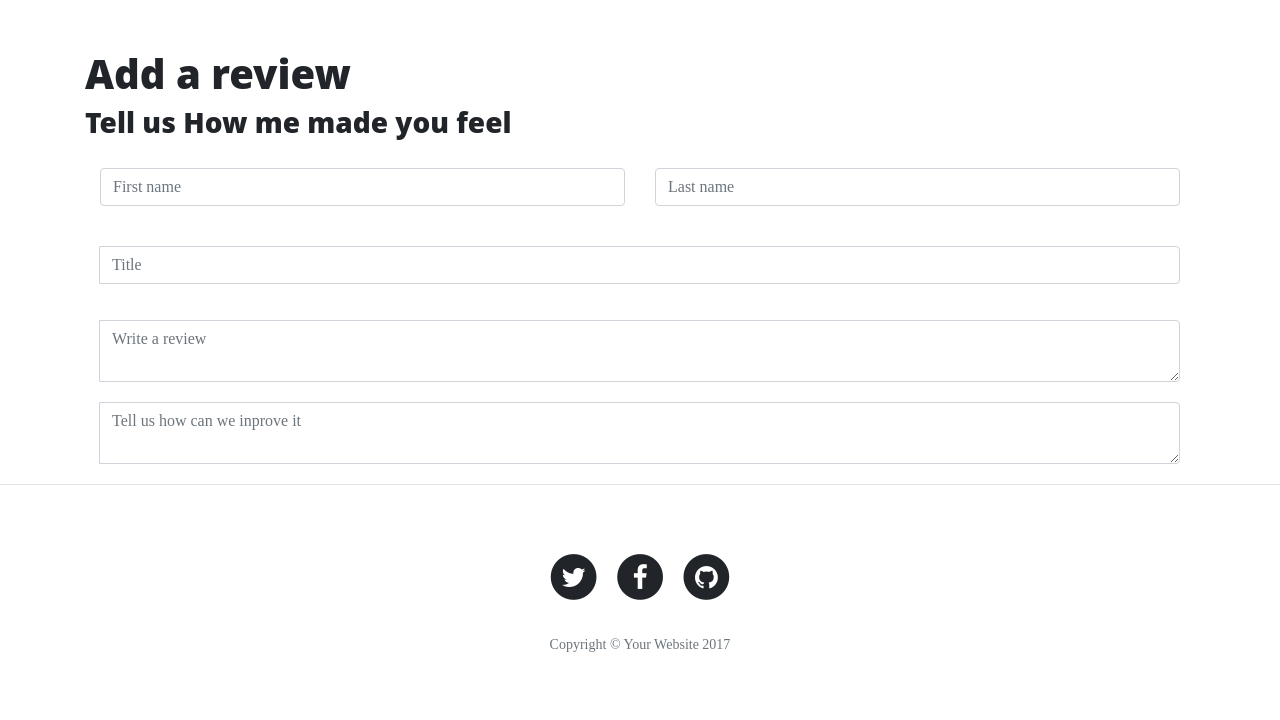
Repository: cachimiro/los-pochoclos
Page: http://localhost/add_review
The author's editor kept a record of every edit. The page is drawn from the files as they stood at one moment, then again after the next edit.
The browser window is 1280 px wide. The pictures show the part of the page from y = 532 to 1350 px (the page is 1252 px tall before and 1350 px after).
The page is served by the project's application, run on Flask 3 (run.py). Other server files are loaded and not shown.

Above is the page before.

### templates/add-reviews.html
<style>
  .form-control{
      padding: 20px;
      margin-bottom: 20px;
      margin-top: 20px;
  }

</style>

{% extends 'base.html' %} {% block content %}
<h1> Add a review</h1>
<h3>Tell us How me made you feel</h3>
<form action="{{ url_for('insert_task') }}" method="POST" class="col s12">
        <div class="row">
            <div class="col">
                <input type="text" id="name" name="name" class="form-control" placeholder="First name">
            </div>
            <div class="col">
                <input type="text" id="surname" name="surname" class="form-control" placeholder="Last name">
            </div>
        </div>


        <div class="input-group mb-3">
            <div class="input-group-prepend">
            </div>
            <input type="text" id="Title" name="Title" class="form-control" aria-label="Text input with dropdown button"placeholder="Title">
        </div>
        <div class="input-group">
            <div class="input-group-prepend">
            </div>
            <textarea id="Opinion" name="Opinion" class="form-control" aria-label="With textarea" placeholder="Write a review"></textarea>
        </div>
         <div class="input-group">
            <div class="input-group-prepend">
            </div>
            <textarea id="how_would_you_improve_it" name="how_would_you_improve_it" class="form-control" aria-label="With textarea" placeholder="Tell us how can we inprove it"></textarea>
        </div>
        </form>


        {% endblock %}

### templates/base.html
<!DOCTYPE html>
<html lang="en">
<head>
    <meta charset="UTF-8">
    <meta name="viewport" content="width=device-width, initial-scale=1.0">
    <meta http-equiv="X-UA-Compatible" content="ie=edge">
    <link href="https://stackpath.bootstrapcdn.com/font-awesome/4.7.0/css/font-awesome.min.css" rel="stylesheet" integrity="sha384-wvfXpqpZZVQGK6TAh5PVlGOfQNHSoD2xbE+QkPxCAFlNEevoEH3Sl0sibVcOQVnN" crossorigin="anonymous">
    <link href="{{ url_for('static', filename='vendor/bootstrap/css/bootstrap.min.css') }}" rel="stylesheet">
    <link rel="stylesheet" href="{{ url_for('static', filename='css/clean-blog.min.css') }}" type="text/css" />
    <link rel="stylesheet" href="{{ url_for('static', filename='css/style.css') }}" type="text/css" />
    <title>Los Pochocolos</title>
</head>
<body>
    <!-- Navigation -->
    <nav class="navbar navbar-expand-lg navbar-light fixed-top" id="mainNav">
        <div class="container">
            <a class="navbar-brand" href="{{url_for('index') }}">Finca Los Pochocolos</a>
            <button class="navbar-toggler navbar-toggler-right" type="button" data-toggle="collapse" data-target="#navbarResponsive" aria-controls="navbarResponsive" aria-expanded="false" aria-label="Toggle navigation">
          Menu
          <i class="fa fa-bars"></i>
        </button>
            <div class="collapse navbar-collapse" id="navbarResponsive">
                <ul class="navbar-nav ml-auto">
                    <li class="nav-item">
                        <a class="nav-link" href="{{ url_for('index') }}">Home</a>
                    </li>
                    <li class="nav-item">
                        <a class="nav-link" href="{{ url_for('about') }}">About</a>
                    </li>
                    <li class="nav-item">
                        <a class="nav-link" href="{{ url_for('contact') }}">Contact</a>
                    </li>
                    <li class="nav-item">
                        <a class="nav-link" href="{{ url_for('careers') }}">Careers</a>
                    </li>
                       <li class="nav-item">
                        <a class="nav-link" href="{{ url_for('charity') }}">Charity</a>
                    </li>
                </ul>
            </div>
        </div>
    </nav>

    <!-- Page Header -->
    <header class="masthead" style="background-image: url('https://berakatours.com/wp-content/uploads/2017/09/Avistamiento-Aves-Colombia.jpg')">
        <div class="overlay"></div>
        <div class="container">
            <div class="row">
                <div class="col-lg-8 col-md-10 mx-auto">
                    <div class="site-heading">
                        <h1>Los Pocholos</h1>
                        <span class="subheading">Turismo En La Guajira Colombia</span>
                    </div>
                </div>
            </div>
        </div>
    </header>

    <!-- Main Content -->
    <div class="container">
        {% block content %} {% endblock %}
    </div>

    <hr>

    <!-- Footer -->
    <footer>
        <div class="container">
            <div class="row">
                <div class="col-lg-8 col-md-10 mx-auto">
                    <ul class="list-inline text-center">
                        <li class="list-inline-item">
                            <a href="#">
                                <span class="fa-stack fa-lg">
                    <i class="fa fa-circle fa-stack-2x"></i>
                    <i class="fa fa-twitter fa-stack-1x fa-inverse"></i>
                  </span>
                            </a>
                        </li>
                        <li class="list-inline-item">
                            <a href="#">
                                <span class="fa-stack fa-lg">
                    <i class="fa fa-circle fa-stack-2x"></i>
                    <i class="fa fa-facebook fa-stack-1x fa-inverse"></i>
                  </span>
                            </a>
                        </li>
                        <li class="list-inline-item">
                            <a href="#">
                                <span class="fa-stack fa-lg">
                    <i class="fa fa-circle fa-stack-2x"></i>
                    <i class="fa fa-github fa-stack-1x fa-inverse"></i>
                  </span>
                            </a>
                        </li>
                    </ul>
                    <p class="copyright text-muted">Copyright &copy; Your Website 2017</p>
                </div>
            </div>
        </div>
    </footer>

    <!-- Bootstrap core JavaScript -->
    <script src="{{ url_for('static', filename='vendor/jquery/jquery.min.js') }}"></script>
    <script src="{{ url_for('static', filename='vendor/bootstrap/js/bootstrap.bundle.min.js') }}"></script>

    <!-- Custom scripts for this template -->
    <script src="{{ url_for('static', filename='js/clean-blog.min.js') }}"></script>

</body>
</html>

### run.py
import os
import json
from flask import Flask, render_template, request,redirect, flash, url_for
from flask_pymongo import PyMongo
from bson.objectid import ObjectId

app = Flask(__name__)
app.config["MONGO_DBNAME"] = 'reviews'
app.config["MONGO_URI"] = "mongodb+srv://root:Johann@myfirstcluster-ugp0n.mongodb.net/reviews?retryWrites=true&w=majority"

mongo = PyMongo(app)
app.secret_key = "cachimiro"

# code to be ble to see reviews
@app.route('/view_reviews')
def get_reviews():
    return render_template("reviews.html", opinion=mongo.db.opinion.find())

# this line of code will allow costumesr to add reviews
@app.route('/add_review')
def add_review():
    return render_template('add-reviews.html')


@app.route('/add_review', methods=['POST'])
def insert_task():
    tasks = mongo.db.opinion
    tasks.insert_one(request.form.to_dict())
    return redirect(url_for('get_reviews'))

# code for conecting templates
@app.route('/')
def index():
    return render_template("index.html")


@app.route('/about')
def about():
    data = []
    with open("data/company.json", "r") as json_data:
        data = json.load(json_data)
    return render_template("about.html", page_title="About", company=data)

@app.route('/about/<member_name>')
def about_member(member_name):
    member = {}

    with open("data/company.json", "r") as json_data:
        data = json.load(json_data)
        for obj in data:
            if obj["url"] == member_name:
                member = obj

    return render_template("member.html", member=member)




@app.route('/contact', methods=["GET", "POST"])
def contact():
    if request.method == "POST":
        flash("Thanks {}, we have received your message".format(
            request.form["name"]
        ))
    return render_template("contact.html", page_title="Contact")


@app.route('/careers')
def careers():
   return render_template("careers.html", page_title="careers")

@app.route('/charity')
def charity():
   return render_template("charity.html", page_title="charity")

if __name__ == '__main__':
    app.run(host=os.environ.get('IP'),
            port=int(os.environ.get('PORT')),
            debug=True)


# chat function will go here all the code thats going to be provided from here is for that chat area
#pesonal note i will coment out this section for a moment need to work on other html
"""
import os
from datetime import datetime
from flask import Flask, redirect, render_template, request, session, url_for


app = Flask(__name__)
app.secret_key = os.getenv("SECRET","randomstring123")
messages = []


def add_message(username, message):
    #Add messages to the `messages` list
    now = datetime.now().strftime("%H:%M:%S")
    messages.append({"timestamp": now, "from": username, "message": message})


@app.route("/", methods=["GET", "POST"])
def chat_room():
    #Main page with instructions
    if request.method == "POST":
        session["username"] = request.form["username"]

    if "username" in session:
        return redirect(url_for("user", username=session["username"]))

    return render_template("index.html")


@app.route("/chat/<username>", methods=["GET", "POST"])
def user(username):
    #Add and display chat messages
    if request.method == "POST":
        username = session["username"]
        message = request.form["message"]
        add_message(username, message)
        return redirect(url_for("user", username=session["username"]))

    return render_template("chat.html", username=username,
                           chat_messages=messages)


app.run(host=os.getenv("IP", "0.0.0.0"),
        port=int(os.getenv("PORT", "5000")), debug=False)

 """

### static/css/style.css
.col-md-5 img {
    width: 50%;
    height: 50%;
    margin-top: 30px;
    margin-bottom: 50px;

}

Loaded but not shown: static/css/clean-blog.min.css (library); static/js/clean-blog.min.js (common file)

After the next edit:
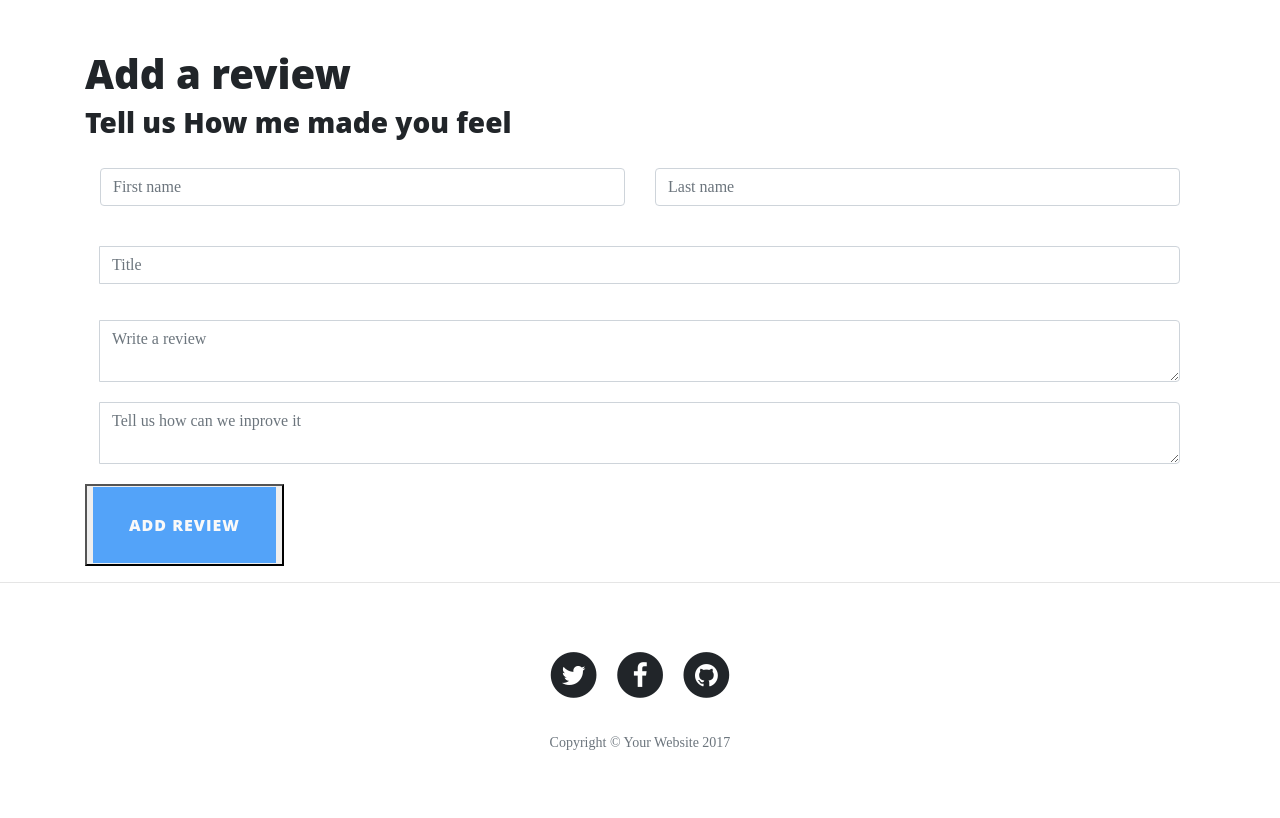
The edit:
--- a/templates/add-reviews.html
+++ b/templates/add-reviews.html
@@ -37,6 +37,8 @@
             <textarea id="how_would_you_improve_it" name="how_would_you_improve_it" class="form-control" aria-label="With textarea" placeholder="Tell us how can we inprove it"></textarea>
         </div>
         </form>
+        <button>
+        <a href="#" class="btn btn-primary btn-lg disabled" tabindex="-1" role="button" aria-disabled="true" type="submit" name="action">Add Review</a>
 
 
         {% endblock %}

After the 2 edits that followed:
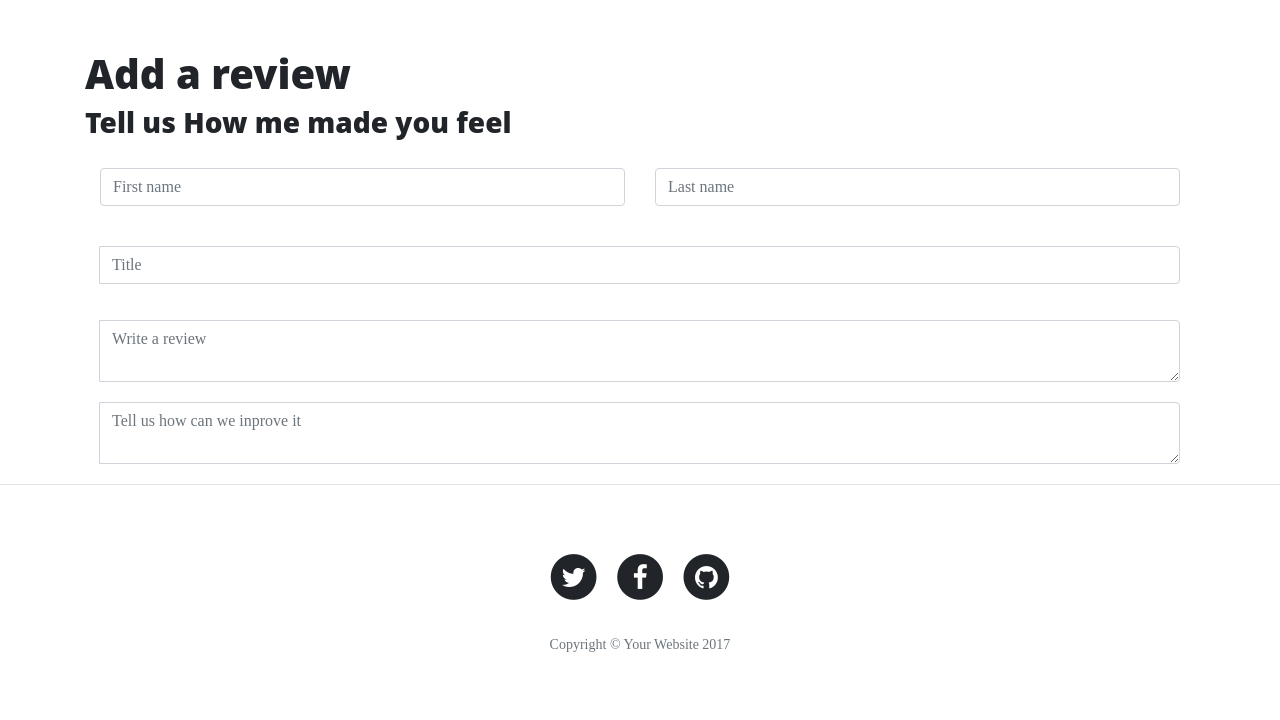
The 2 edits are shown as one change because 1 left the picture as it was.
The edit:
--- a/templates/add-reviews.html
+++ b/templates/add-reviews.html
@@ -37,8 +37,7 @@
             <textarea id="how_would_you_improve_it" name="how_would_you_improve_it" class="form-control" aria-label="With textarea" placeholder="Tell us how can we inprove it"></textarea>
         </div>
         </form>
-        <button>
-        <a href="#" class="btn btn-primary btn-lg disabled" tabindex="-1" role="button" aria-disabled="true" type="submit" name="action">Add Review</a>
+
 
 
         {% endblock %}
